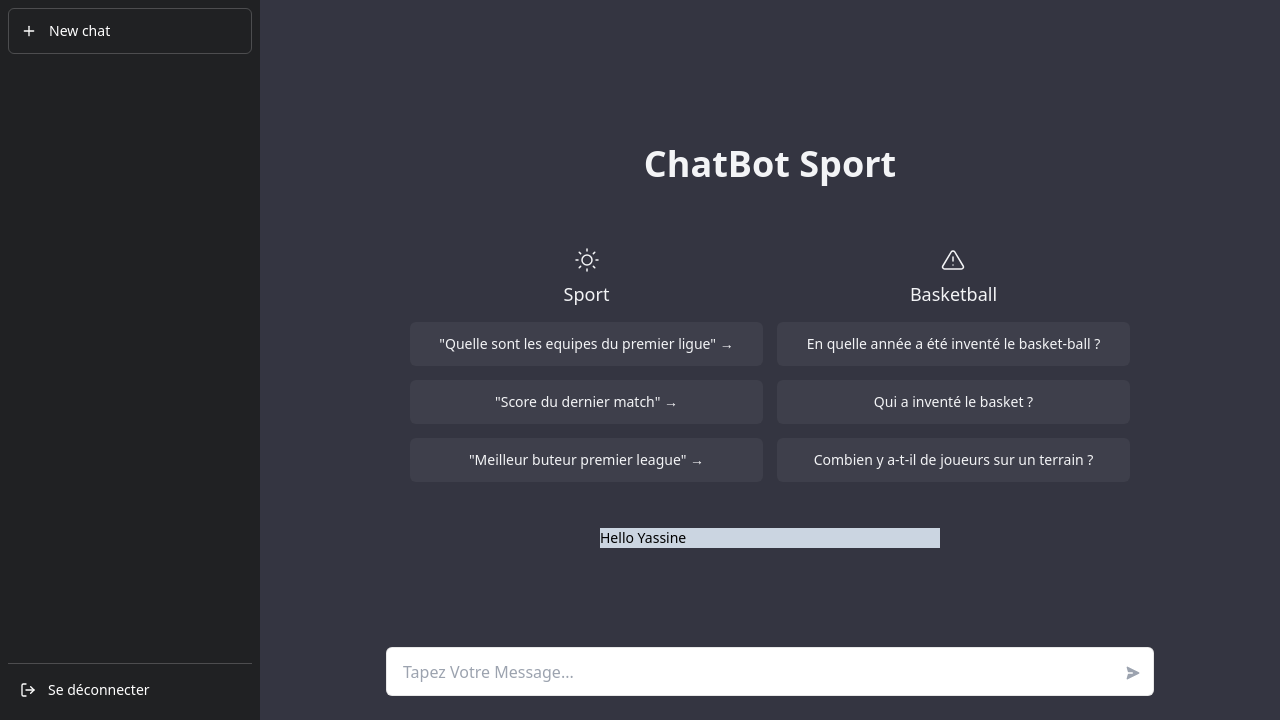
Repository: HaithemBenSlama/chatbot-front
Page: /, after clicking the first element matching `button.sc-gsFSXq`
The author's editor kept a copy of each file at every save. The page is drawn from the files as they stood at one save, then again after the next save.
The browser window is 1280 px wide. The pictures show the whole page.
The project was rebuilt for these pictures with package versions that can differ from the ones it lists, and the page was loaded fresh each time. Also part of the build but not shown: src/constants/svg/lightningChargeIcon.js, src/constants/svg/externalLinkIcon.js, src/constants/svg/discordIcon.js, src/constants/svg/menuIcon.js, src/Components/Login/form-input.css.

Above is the page before, as saved 2023-05-01 22:04:52.

After the next save:
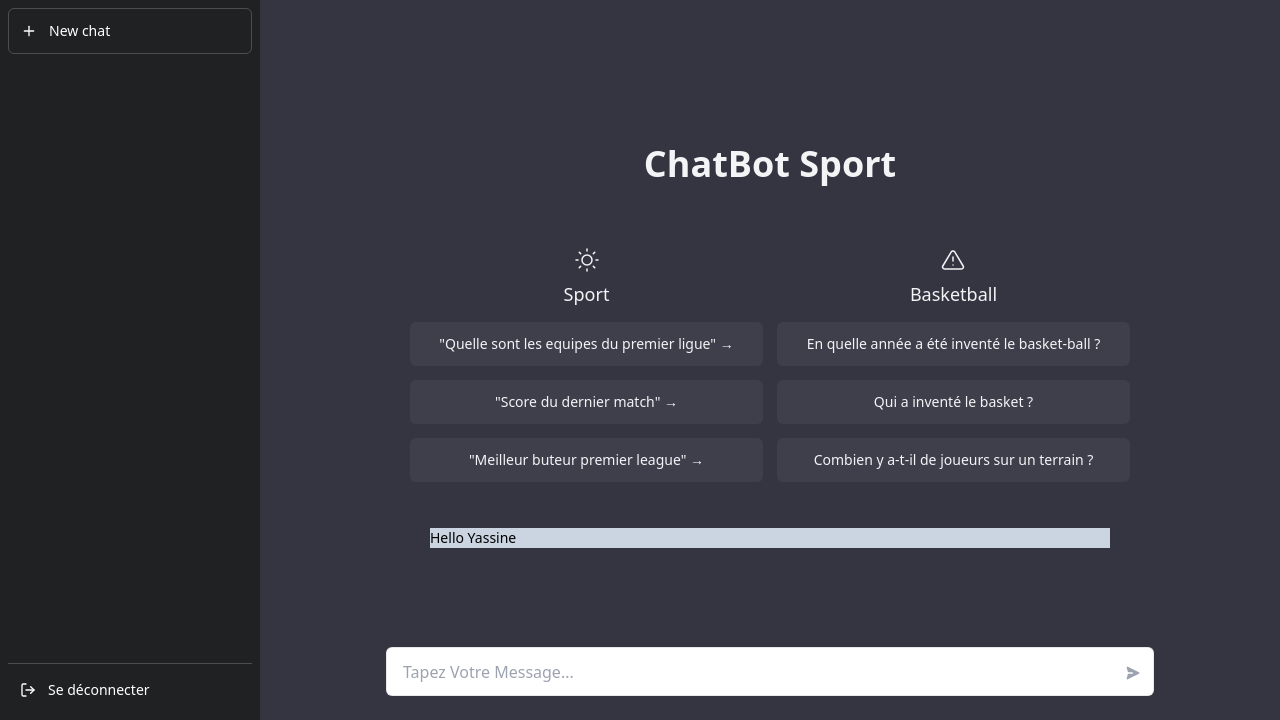
Saved 30 s later.
--- a/src/Components/main/RightSection/index.js
+++ b/src/Components/main/RightSection/index.js
@@ -60,7 +60,7 @@ const RightSection = () => {
                 ))}
               </div>
             </div>
-            <div className="mx-20 w-1/3 h-48 flex-shrink-0">
+            <div className="mx-20 w-2/3 h-48 flex-shrink-0">
               <p className="bg-slate-300">Hello Yassine</p>
             </div>
           </div>
